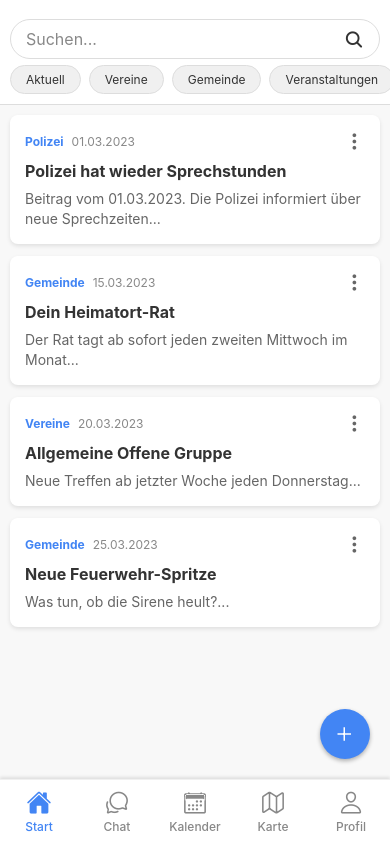
Repository: mylocalapp-de/MyLocalApp
Screen: /
The author's editor kept a copy of each file at every save. The screen is drawn from the files as they stood at one save, then again after the next save.
The app was drawn by React Native's web renderer in a window 390 px wide. The project was rebuilt for these pictures with package versions that can differ from the ones it lists, and the page was loaded fresh each time. Also part of the build but not shown: src/screens/ChatScreen.js, src/screens/CalendarScreen.js, src/screens/MapScreen.js, src/screens/ProfileScreen.js.

Above is the screen before, as saved 2025-03-25 16:28:26.

After the next save:
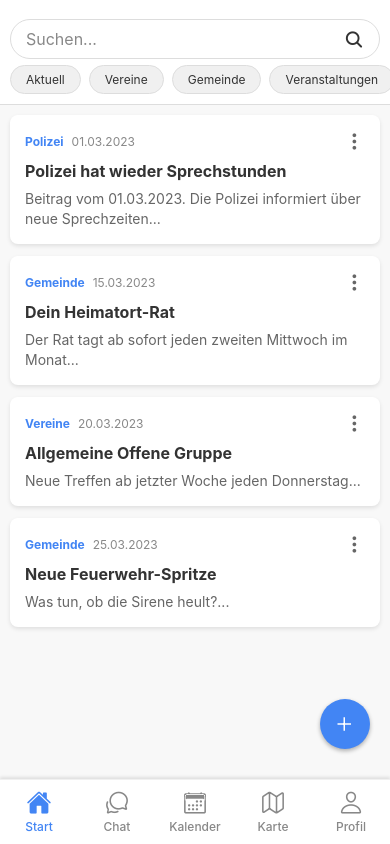
Saved 29 s later.
--- a/src/screens/HomeScreen.js
+++ b/src/screens/HomeScreen.js
@@ -1,5 +1,5 @@
 import React from 'react';
-import { View, Text, StyleSheet, ScrollView, Image, TouchableOpacity } from 'react-native';
+import { View, Text, StyleSheet, ScrollView, TouchableOpacity, Platform } from 'react-native';
 import ScreenHeader from '../components/common/ScreenHeader';
 import { Ionicons } from '@expo/vector-icons';
 
@@ -43,7 +43,11 @@ const HomeScreen = () => {
     <View style={styles.container}>
       <ScreenHeader filters={homeFilters} />
 
-      <ScrollView style={styles.content}>
+      <ScrollView
+        style={styles.content}
+        contentContainerStyle={styles.scrollContent}
+        showsVerticalScrollIndicator={false}
+      >
         {articles.map(article => (
           <TouchableOpacity key={article.id} style={styles.articleCard}>
             <View style={styles.articleHeader}>
@@ -59,6 +63,7 @@ const HomeScreen = () => {
             </Text>
           </TouchableOpacity>
         ))}
+        <View style={styles.bottomPadding} />
       </ScrollView>
 
       <TouchableOpacity style={styles.addButton}>
@@ -75,7 +80,13 @@ const styles = StyleSheet.create({
   },
   content: {
     flex: 1,
+  },
+  scrollContent: {
     padding: 10,
+    paddingBottom: Platform.OS === 'ios' ? 30 : 20,
+  },
+  bottomPadding: {
+    height: 60, // Extra space at the bottom of the scroll for better UX
   },
   articleCard: {
     backgroundColor: '#fff',
@@ -122,7 +133,7 @@ const styles = StyleSheet.create({
   addButton: {
     position: 'absolute',
     right: 20,
-    bottom: 20,
+    bottom: Platform.OS === 'ios' ? 100 : 30,
     width: 50,
     height: 50,
     borderRadius: 25,
